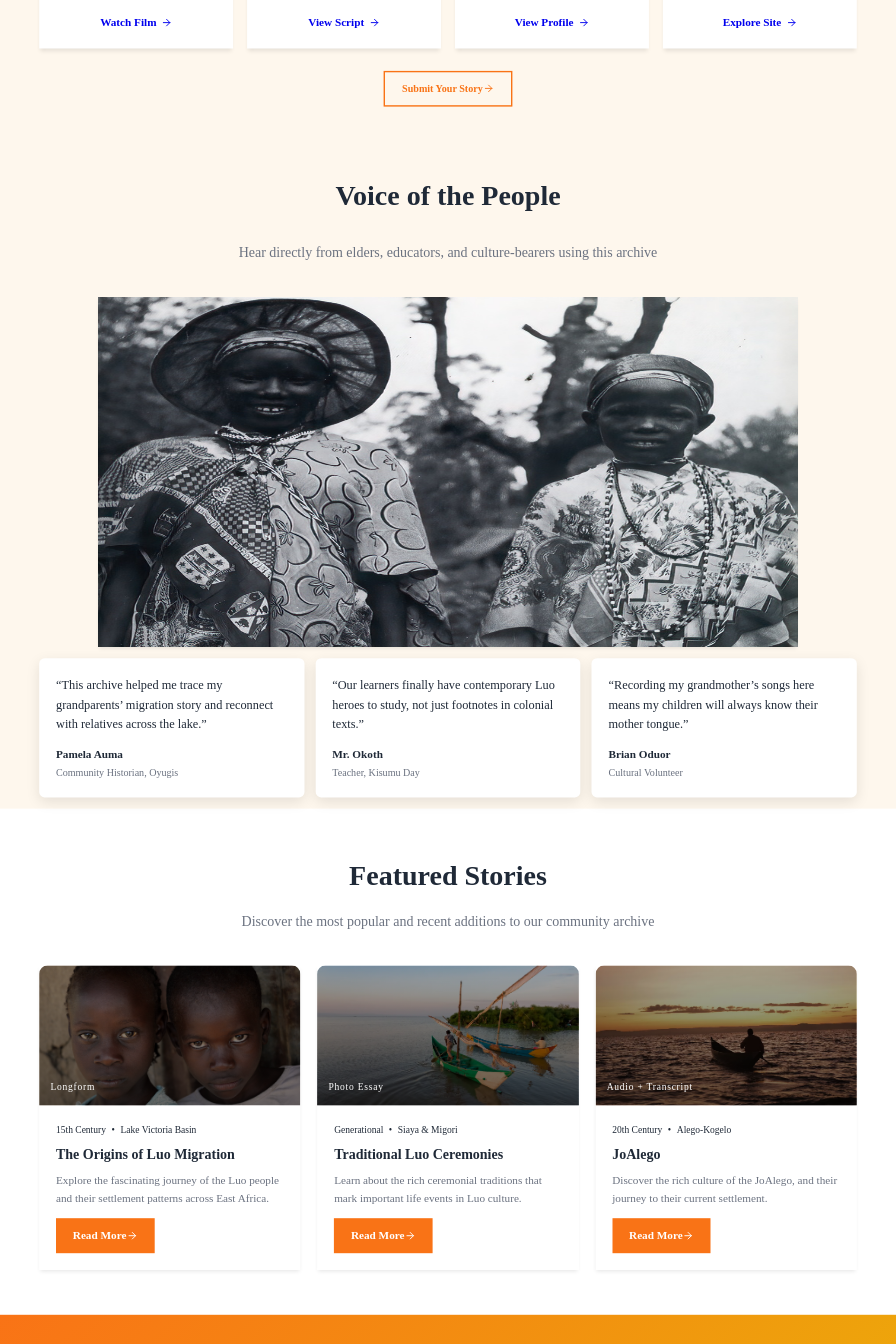
Repository: ianfranko/luo-community-history
Page: /
The author's editor kept a copy of each file at every save. The page is drawn from the files as they stood at one save, then again after the next save.
The browser window is 1280 px wide. The pictures show the part of the page from y = 1345 to 3265 px (the page is 4015 px tall before and 3983 px after), at 70% of full size.
The project was rebuilt for these pictures with package versions that can differ from the ones it lists, and the page was loaded fresh each time. The framework's server and built-in components were replaced by stand-ins that run in the browser. Also part of the build but not shown: next.config.ts.

Above is the page before, as saved 2025-11-23 07:24:30.

### src/app/layout.tsx
import type { Metadata } from "next";
import { Geist, Geist_Mono } from "next/font/google";
import "./globals.css";
import Layout from "@/components/Layout";

const geistSans = Geist({
  variable: "--font-geist-sans",
  subsets: ["latin"],
});

const geistMono = Geist_Mono({
  variable: "--font-geist-mono",
  subsets: ["latin"],
});

export const metadata: Metadata = {
  title: "Luo League of Nations",
  description: "Preserving and sharing the rich cultural heritage and history of the Luo people",
  icons: {
    icon: "/LLNLOGO.svg",
    shortcut: "/LLNLOGO.svg",
    apple: "/LLNLOGO.svg",
  },
};

export default function RootLayout({
  children,
}: Readonly<{
  children: React.ReactNode;
}>) {
  return (
    <html lang="en">
      <body
        className={`${geistSans.variable} ${geistMono.variable} antialiased`}
      >
        <Layout>{children}</Layout>
      </body>
    </html>
  );
}

### src/app/page.tsx
'Use client';
import Image from 'next/image'
import Link from 'next/link'
import { ArrowRight } from 'lucide-react'

export default function Home() {
  const galleryItems = [
    {
      image: '/Fishermen-on-Lake-Victoria-in-Uganda.webp',
      title: 'Documentary Films',
      description: 'Explore the fascinating history of the Luo community, from ancient traditions to modern developments.',
      alt: 'Luo fishermen casting their nets on Lake Victoria at sunrise',
      category: 'Heritage Films',
      location: 'Lake Victoria, Homa Bay',
      year: '1962 archive',
      mediaType: 'Documentary',
      ctaLabel: 'Watch Film',
      href: '/Gallery'
    },
    {
      image: '/hero.jpeg',
      title: 'Plays and Theatre',
      description: 'Discover the unique cultural practices, traditions, and values that define the Luo community.',
      alt: 'Actors performing a traditional Luo play on stage',
      category: 'Performance Arts',
      location: 'Nairobi National Theatre',
      year: '1978 revival',
      mediaType: 'Stage Play',
      ctaLabel: 'View Script',
      href: '/culture'
    },
    {
      image: '/Kodhek Argwins.png',
      title: 'Notable People',
      description: 'Learn about influential Luo leaders, elders, and community members who shaped our history.',
      alt: 'Archival portrait of Argwings Kodhek',
      category: 'Community Voices',
      location: 'Kisumu & Alego',
      year: '1960s oral records',
      mediaType: 'Photo Archive',
      ctaLabel: 'View Profile',
      href: '/people'
    },
    {
      image: '/Guerrier_Luo.jpeg',
      title: 'Historical Places',
      description: 'Visit significant locations and landmarks that hold cultural and historical importance.',
      alt: 'Historic Luo warrior statue in Kisumu museum',
      category: 'Sites & Landmarks',
      location: 'Kisumu Museum',
      year: '1930s exhibit',
      mediaType: 'Photo Essay',
      ctaLabel: 'Explore Site',
      href: '/places'
    },

  ]

  const galleryThemes = ['All', ...new Set(galleryItems.map((item) => item.category))]

  const stats = [
    { number: '200+', label: 'Historical Articles' },
    { number: '100+', label: 'Cultural Stories' },
    { number: '20+', label: 'Documentaries' },
    { number: '25+', label: 'Historical Places' }
  ]

  const sectionLinks = [
    { href: '#gallery', label: 'Interviews & Polls' },
    { href: '#stories', label: 'Voices of Jopiny' },
  ]

  const valueProps = [
    {
      title: 'Archive Access',
      description: 'Digitised oral histories, ceremonies, and timelines ready to explore.',

    },
    {
      title: 'Community Voices',
      description: 'Stories curated with elders, scholars, and youth leaders.',

    },
    {
      title: 'Living Culture',
      description: 'Guides on language, music, crafts, and celebrations to keep traditions alive.',

    }
  ]

  const featuredStories = [
    {
      title: 'The Origins of Luo Migration',
      description: 'Explore the fascinating journey of the Luo people and their settlement patterns across East Africa.',
      href: '/culture',
      image: '/657152Ew0bLSIn.jpg',
      era: '15th Century',
      region: 'Lake Victoria Basin',
      format: 'Longform'
    },
    {
      title: 'Traditional Luo Ceremonies',
      description: 'Learn about the rich ceremonial traditions that mark important life events in Luo culture.',
      href: '/culture',
      image: '/Fishermen-on-Lake-Victoria-in-Uganda.webp',
      era: 'Generational',
      region: 'Siaya & Migori',
      format: 'Photo Essay'
    },
    {
      title: 'JoAlego',
      description: 'Discover the rich culture of the JoAlego, and their journey to their current settlement.',
      href: '/people',
      image: '/Kenia-Lake_Victoria-Fischer.webp',
      era: '20th Century',
      region: 'Alego-Kogelo',
      format: 'Audio + Transcript'
    }
  ]

  const testimonials = [
    {
      quote: 'This archive helped me trace my grandparents’ migration story and reconnect with relatives across the lake.',
      name: 'Pamela Auma',
      title: 'Community Historian, Oyugis'
    },
    {
      quote: 'Our learners finally have contemporary Luo heroes to study, not just footnotes in colonial texts.',
      name: 'Mr. Okoth',
      title: 'Teacher, Kisumu Day'
    },
    {
      quote: 'Recording my grandmother’s songs here means my children will always know their mother tongue.',
      name: 'Brian Oduor',
      title: 'Cultural Volunteer'
    }
  ]

  return (
    <>
      {/* Hero Section */}
      <section className="hero">
        <div className="container">
          <div className="hero-content text-center">
            <h1 className="text-5xl font-bold mb-6">
            Wan JoLuo And We Are Proud
            </h1>
            <p className="text-xl mb-8" style={{ maxWidth: '700px', margin: '0 auto 3rem' }}>
            Awakening the Luo community to its full cultural, intellectual, and economic potential. Restoring unity, and purpose among our people.
            </p>

            {/* CTA Buttons */}
            <div style={{ display: 'flex', gap: '1rem', justifyContent: 'center', flexWrap: 'wrap' }}>
              <Link href="/culture" className="btn btn-primary">
                Join Community
              </Link>
              <Link href="/Gallery" className="btn btn-primary">
                View Literature Archive
              </Link>
            </div>
            <nav style={{ marginTop: '2rem' }}>
              <ul style={{ display: 'flex', gap: '1.5rem', justifyContent: 'center', flexWrap: 'wrap', fontSize: '0.95rem', textTransform: 'uppercase', letterSpacing: '0.08em', listStyle: 'none', padding: 0 }}>
                {sectionLinks.map((link) => (
                  <li key={link.href}>
                    <a href={link.href} style={{ color: 'rgba(255,255,255,0.8)' }}>{link.label}</a>
                  </li>
                ))}
              </ul>
            </nav>
          </div>
        </div>
      </section>

      {/* Stats Section
      <section className="section bg-white" style={{ padding: '1rem 0' }}>
        <div className="container">
          <div className="stats-grid">
            {stats.map((stat, index) => (
              <div key={index} className="stat-item">
                <span className="stat-number">{stat.number}</span>
                <span className="stat-label">{stat.label}</span>
              </div>
            ))}
          </div>
        </div>
      </section>*/}



      {/* Gallery Section */}
      <section className="section" id="gallery">
        <div className="container">
          <h2 className="section-title">Community Archive</h2>
          <p className="section-subtitle">
            Photos, videos, and stories from our community events and activities
          </p>
          <div
            className="feature-grid"
            style={{
              gap: '1.25rem',
              gridTemplateColumns: 'repeat(auto-fit, minmax(220px, 1fr))'
            }}
          >
            {galleryItems.map((item, index) => (
              <article
                key={index}
                className="feature-card"
                style={{ padding: 0, overflow: 'hidden', maxWidth: '360px', margin: '0 auto' }}
              >
                <div
                  className="gallery-card-image"
                  style={{ position: 'relative', height: '200px', width: '100%' }}
                >
                  <Image
                    src={item.image}
                    alt={item.alt}
                    fill
                    sizes="(max-width: 768px) 100vw, (max-width: 1200px) 50vw, 33vw"
                    priority={index === 0}
                    style={{ objectFit: 'cover' }}
                  />
                  <div
                    style={{
                      position: 'absolute',
                      inset: 0,
                      display: 'flex',
                      justifyContent: 'space-between',
                      alignItems: 'flex-start',
                      padding: '1rem',
                      background:
                        'linear-gradient(180deg, rgba(0,0,0,0.4) 0%, rgba(0,0,0,0.55) 60%, rgba(0,0,0,0) 100%)'
                    }}
                  >
                    <span
                      style={{
                        padding: '0.25rem 0.75rem',
                        borderRadius: '999px',
                        backgroundColor: 'rgba(0,0,0,0.6)',
                        color: 'white',
                        fontSize: '0.8rem',
                        textTransform: 'uppercase',
                        letterSpacing: '0.08em'
                      }}
                    >
                      {item.mediaType}
                    </span>
                    <span style={{ color: 'rgba(255,255,255,0.85)', fontSize: '0.85rem' }}>
                      {item.location}
                    </span>
                  </div>
                </div>
                <div style={{ padding: '1.5rem' }}>
                  <div
                    style={{
                      display: 'flex',
                      flexWrap: 'wrap',
                      gap: '0.5rem',
                      fontSize: '0.85rem',
                      color: 'var(--muted)',
                      marginBottom: '0.5rem'
                    }}
                  >
                    <span>{item.category}</span>
                    <span>•</span>
                    <span>{item.year}</span>
                  </div>
                  <h3 className="feature-title" style={{ marginBottom: '0.35rem' }}>
                    {item.title}
                  </h3>
                  <p className="feature-description" style={{ marginBottom: '1rem' }}>
                    {item.description}
                  </p>
                  <Link
                    href={item.href}
                    className="btn btn-link"
                    style={{
                      display: 'inline-flex',
                      alignItems: 'center',
                      gap: '0.4rem',
                      padding: 0,
                      fontWeight: 600
                    }}
                    aria-label={`${item.ctaLabel} for ${item.title}`}
                  >
                    {item.ctaLabel}
                    <ArrowRight size={16} />
                  </Link>
                </div>
              </article>
            ))}
          </div>
          <div
            style={{
              marginTop: '2rem',
              display: 'flex',
              justifyContent: 'center',
              width: '100%'
            }}
          >
            <Link href="/Gallery" className="btn btn-outline" style={{ fontSize: '0.9rem' }}>
              Submit Your Story
              <ArrowRight size={16} />
            </Link>
          </div>
        </div>
      </section>

      <section id="voices"
  className="h-[80vh] flex flex-col items-center justify-start overflow-hidden pt-5"
>
  <div className="container py-4 max-w-6xl mx-auto flex flex-col h-full">

    {/* Title */}
    <h2 className="section-title py-4 text-center mb-1">Voice of the People</h2>

    {/* Subtitle */}
    <p className="section-subtitle text-center mb-4">
      Hear directly from elders, educators, and culture-bearers using this archive
    </p>

    {/* IMAGE (fixed height, always fits) */}
    <div className="flex justify-center max-h-[2vh] mb-4">
  <Image
    src="/luo_03.jpg"
    alt="Community Archive"
    width={1000}
    height={500}
    className="object-cover w-full max-w-2xl h-[80px] shadow"/>
</div>

    {/* TESTIMONIALS — auto-fill remaining space */}
    <div className="grid grid-cols-1 md:grid-cols-3 gap-4 flex-grow overflow-hidden">
      {testimonials.map((voice) => (
        <blockquote key={voice.name} className="testimonial-card overflow-hidden p-4">
          <p className="testimonial-quote text-sm">
            “{voice.quote}”
          </p>
          <div className="testimonial-author mt-2">
            <span className="author-name font-semibold">{voice.name}</span>
            <br />
            <span className="author-title text-xs">{voice.title}</span>
          </div>
        </blockquote>
      ))}
    </div>
  </div>
</section>
      {/* Featured Content Section */}
      <section className="section bg-white" id="stories">
        <div className="container">
          <h2 className="section-title">Featured Stories</h2>
          <p className="section-subtitle">
            Discover the most popular and recent additions to our community archive
          </p>

          <div className="grid grid-cols-1 md:grid-cols-3 gap-6">
            {featuredStories.map((story) => (
              <div className="card" key={story.title}>
                <div
                  style={{
                    position: 'relative',
                    height: '200px',
                    width: '100%',
                    borderRadius: '12px 12px 0 0',
                    overflow: 'hidden'
                  }}
                >
                  <Image
                    src={story.image}
                    alt={story.title}
                    fill
                    sizes="(max-width: 768px) 100vw, (max-width: 1200px) 50vw, 33vw"
                    style={{ objectFit: 'cover' }}
                  />
                  <div
                    style={{
                      position: 'absolute',
                      inset: 0,
                      background:
                        'linear-gradient(180deg, rgba(0,0,0,0.35) 0%, rgba(0,0,0,0.6) 100%)',
                      display: 'flex',
                      alignItems: 'flex-end',
                      justifyContent: 'flex-start',
                      padding: '1rem'
                    }}
                  >
                    <span style={{ color: 'white', fontSize: '0.85rem', letterSpacing: '0.08em' }}>{story.format}</span>
                  </div>
                </div>
                <div className="card-body">
                  <div style={{ display: 'flex', gap: '0.5rem', flexWrap: 'wrap', fontSize: '0.85rem', color: 'var(--muted)' }}>
                    <span>{story.era}</span>
                    <span>•</span>
                    <span>{story.region}</span>
                  </div>
                  <h3 className="card-title" style={{ marginTop: '0.5rem' }}>{story.title}</h3>
                  <p className="card-text">{story.description}</p>
                  <Link href={story.href} className="btn btn-primary" style={{ marginTop: '1rem' }}>
                    Read More
                    <ArrowRight size={16} />
                  </Link>
                </div>
              </div>
            ))}
          </div>
        </div>
      </section>

      {/* Call to Action Section */}
      <section className="section bg-gradient" style={{ color: 'white' }}>
        <div
          className="container"
          style={{
            display: 'grid',
            gap: '2rem',
            gridTemplateColumns: 'repeat(auto-fit, minmax(280px, 1fr))',
            alignItems: 'center'
          }}
        >
          <div>
            <p
              className="eyebrow"
              style={{
                color: 'rgba(255,255,255,0.85)',
                letterSpacing: '0.12em',
                textAlign: 'left'
              }}
            >
              Community Call
            </p>
            <h2 className="section-title" style={{ color: 'white', textAlign: 'left' }}>
              Be Part of Our Story
            </h2>
            <p
              className="section-subtitle"
              style={{
                color: 'rgba(255, 255, 255, 0.9)',
                textAlign: 'left',
                marginLeft: 0,
                marginRight: 0
              }}
            >
              Your support powers oral-history digitization, artifact curation, and hands-on workshops that keep Luo heritage accessible.
            </p>
            <div
              style={{
                display: 'flex',
                gap: '1rem',
                flexWrap: 'wrap',
                marginTop: '1.5rem'
              }}
            >
              <Link
                href="/culture"
                className="btn btn-primary"
                aria-label="Support Luo culture digitization"
                style={{ backgroundColor: 'white', color: '#111', borderColor: 'white' }}
              >
                Support Digitization
                <ArrowRight size={18} />
              </Link>
              <Link
                href="/about"
                className="btn btn-outline"
                aria-label="Learn more about our mission"
                style={{
                  borderColor: 'rgba(255,255,255,0.6)',
                  color: 'white',
                  backgroundColor: 'transparent'
                }}
              >
                Learn More
                <ArrowRight size={18} />
              </Link>
            </div>
            <span style={{ marginTop: '0.75rem', display: 'inline-block', color: 'rgba(255,255,255,0.85)' }}>
              Every contribution equips field teams with scanners, storage, and volunteer training.
            </span>
          </div>

          <div className="cta-card cta-card-gradient">
            <div className="cta-stat">4,200+</div>
            <p className="cta-label">Artifacts digitized with village archives</p>
            <p className="cta-body">Join 120+ volunteers safeguarding oral histories across Nyanza and beyond.</p>
          </div>
        </div>
      </section>
    </>
  )
}

Loaded but not shown: src/app/globals.css (928 lines, source omitted); src/components/Layout.tsx (231 lines, source omitted)

After the next save:
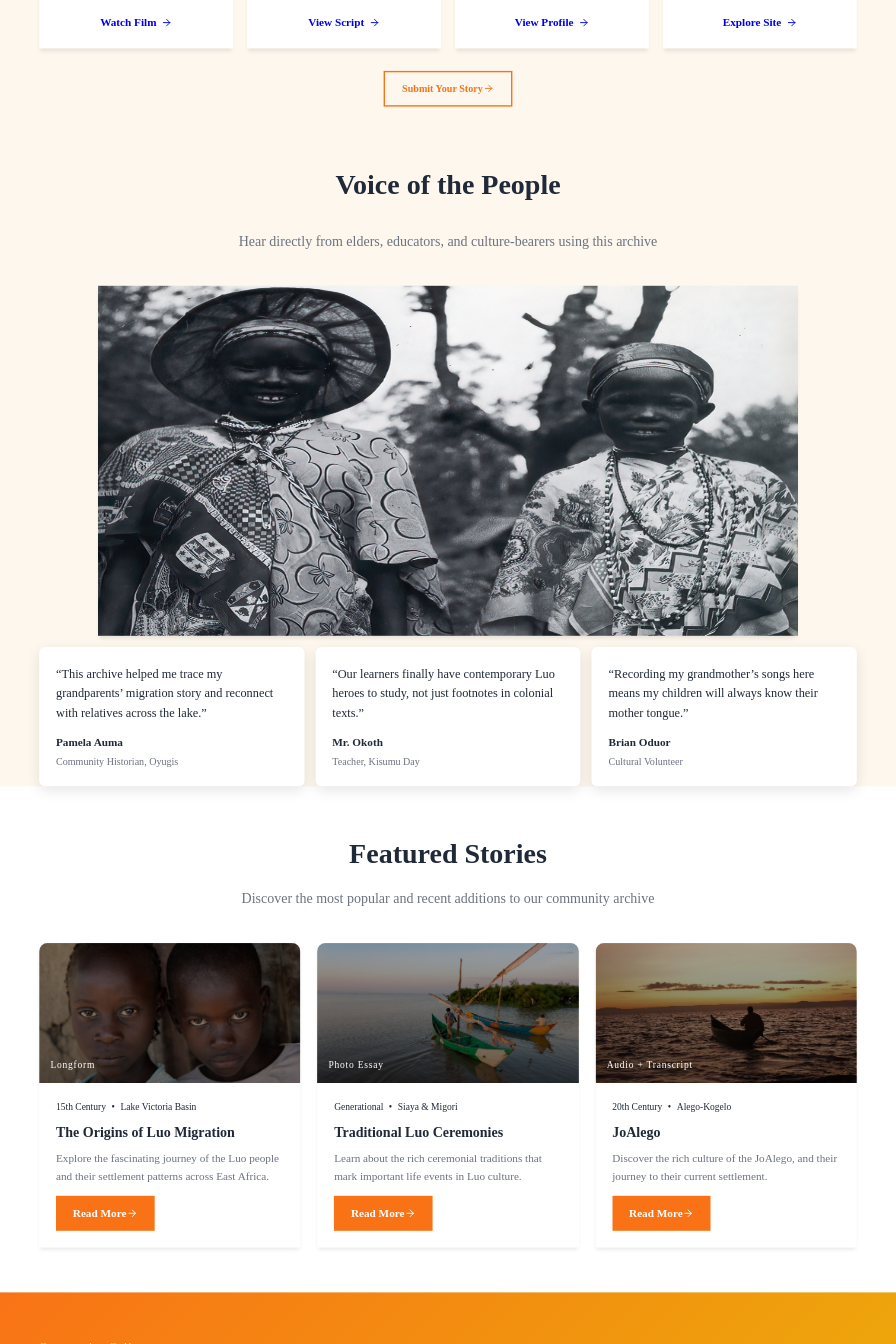
Saved 11 s later.
--- a/src/app/page.tsx
+++ b/src/app/page.tsx
@@ -308,7 +308,7 @@
       <section id="voices"
   className="h-[80vh] flex flex-col items-center justify-start overflow-hidden pt-5"
 >
-  <div className="container py-4 max-w-6xl mx-auto flex flex-col h-full">
+  <div className="container max-w-6xl mx-auto flex flex-col h-full">
 
     {/* Title */}
     <h2 className="section-title py-4 text-center mb-1">Voice of the People</h2>

After the save that followed:
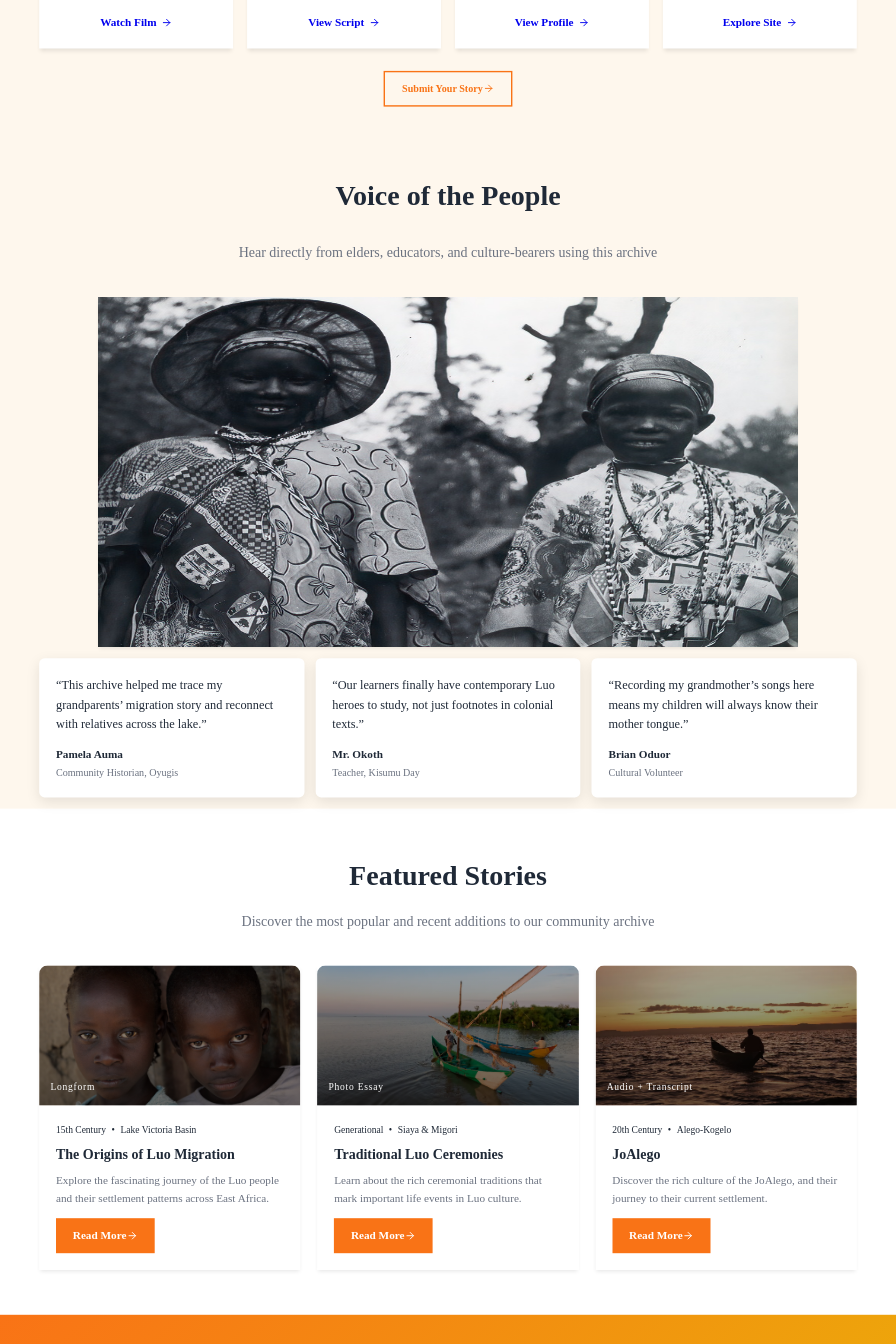
Saved 23 s later.
--- a/src/app/page.tsx
+++ b/src/app/page.tsx
@@ -306,9 +306,9 @@
       </section>
 
       <section id="voices"
-  className="h-[80vh] flex flex-col items-center justify-start overflow-hidden pt-5"
+  className="h-[80vh] flex flex-col items-center justify-start overflow-hidden pt-6"
 >
-  <div className="container max-w-6xl mx-auto flex flex-col h-full">
+  <div className="container py-4 max-w-6xl mx-auto flex flex-col h-full">
 
     {/* Title */}
     <h2 className="section-title py-4 text-center mb-1">Voice of the People</h2>
